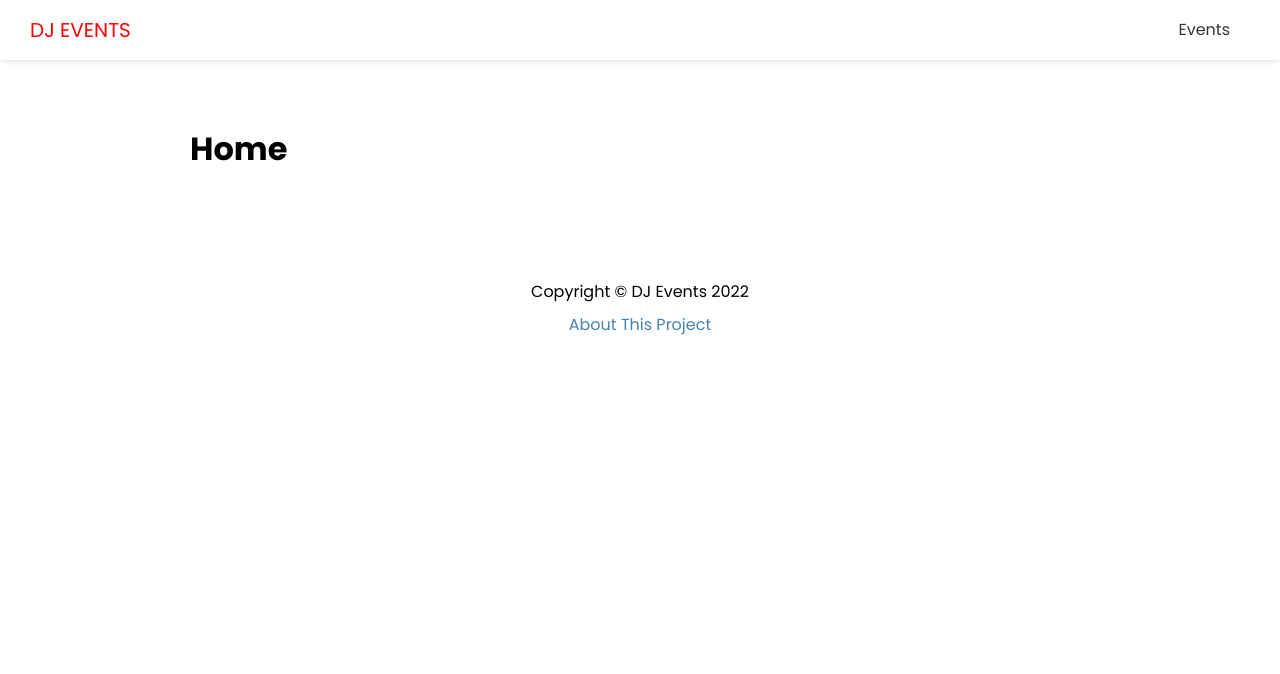
Repository: apolloproductionsdj/dj-events-frontend
Page: /
These files come from the project's save history. The page is drawn as it stood at one moment and after the next save; the edit follows.
The browser window is 1280 px wide. The pictures show the whole page.
The project was rebuilt for these pictures with package versions that can differ from the ones it lists, and the page was loaded fresh each time. The framework's server and built-in components were replaced by stand-ins that run in the browser. Also part of the build but not shown: next.config.js.

Above is the page before, as saved 2022-03-22 10:39:59.

### pages/index.js
import Layout from "@/components/Layout";

export default function HomePage() {
  return (
    <Layout>
      <h1>Home</h1>
    </Layout>
  );
}

### components/Layout.js
import Head from "next/head";
import styles from "@/styles/Layout.module.css";
import Footer from "./Footer";
import Showcase from "./Showcase";

import Header from "./Header";

export default function Layout({ title, keywords, description, children }) {
  return (
    <div>
      <Head>
        <title>{title}</title>
        <meta name="description" content={description} />
        <meta name="keywords" content={keywords} />
      </Head>
      <Header />

      <div className={styles.container}>{children}</div>

      <Footer />
    </div>
  );
}

Layout.defaultProps = {
  title: "DJ Events | Find the hottest parties",
  description: "Find the latest DJ and other musical events",
  keywords: "music, dj, edm",
};

### components/Footer.js
import Link from "next/link";
import styles from "@/styles/Footer.module.css";

export default function Footer() {
  return (
    <footer className={styles.footer}>
      <p>Copyright &copy; DJ Events 2022</p>
      <p>
        <Link href="/about">About This Project</Link>
      </p>
    </footer>
  );
}

### components/Header.js
import Link from "next/link";
import styles from "@/styles/Header.module.css";

export default function Header() {
  return (
    <header className={styles.header}>
      <div className={styles.logo}>
        <Link href="/">
          <a>DJ Events</a>
        </Link>
      </div>

      <nav>
        <ul>
          <li>
            <Link href="/events">
              <a>Events</a>
            </Link>
          </li>
        </ul>
      </nav>
    </header>
  );
}

### styles/Header.module.css
.header {
  display: flex;
  justify-content: space-between;
  align-items: center;
  background: #fff;
  color: #333;
  height: 60px;
  padding: 0 30px;
  box-shadow: 0 2px 5px rgba(0, 0, 0, 0.1);
}

.header a {
  color: #333;
  margin-right: 20px;
}

.header a:hover {
  color: #000;
}
.header ul {
  display: flex;
  align-items: center;
  justify-content: center;
  list-style: none;
}

.logo {
  color: red;
  font-size: 20px;
  text-transform: uppercase;
}

.logo a {
  color: red;
}

@media (max-width: 768px) {
  .header {
    flex-direction: column;
    height: auto;
  }

  .header ul {
    margin: 20px 0;
    flex-direction: column;
    text-align: center;
  }

  .header a {
    margin-right: 0;
  }

  .logo {
    margin: 20px 0;
  }
}

### components/Showcase.js
import styles from "@/styles/Showcase.module.css";

export default function Showcase() {
  return (
    <div className={styles.showcase}>
      <h1>Welcome To The Party!</h1>
      <h2>Find the Hottest DJ Events</h2>
    </div>
  );
}

Loaded but not shown: pages/_app.js (common file); styles/globals.css (common file); styles/Layout.module.css (common file); styles/Footer.module.css (common file); styles/Showcase.module.css (common file)

After the next save:
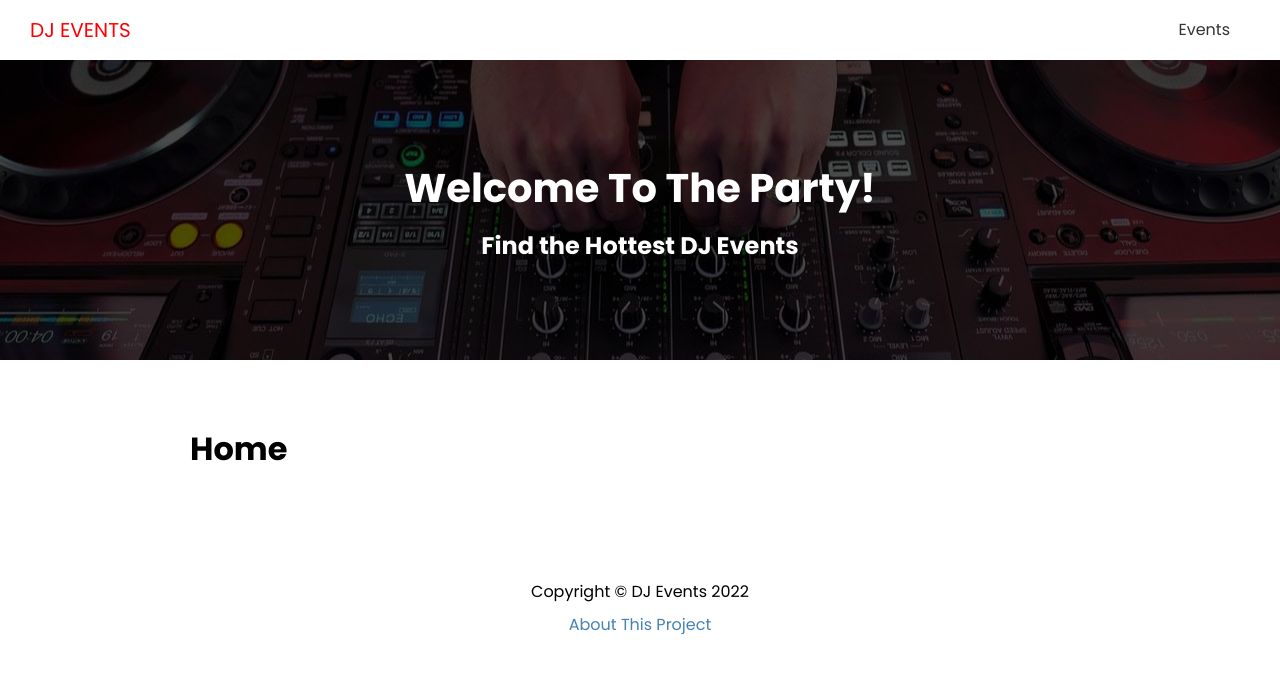
Saved 14 s later.
--- a/components/Layout.js
+++ b/components/Layout.js
@@ -15,6 +15,8 @@
       </Head>
       <Header />
 
+      <Showcase />
+
       <div className={styles.container}>{children}</div>
 
       <Footer />

After the 3 saves that followed:
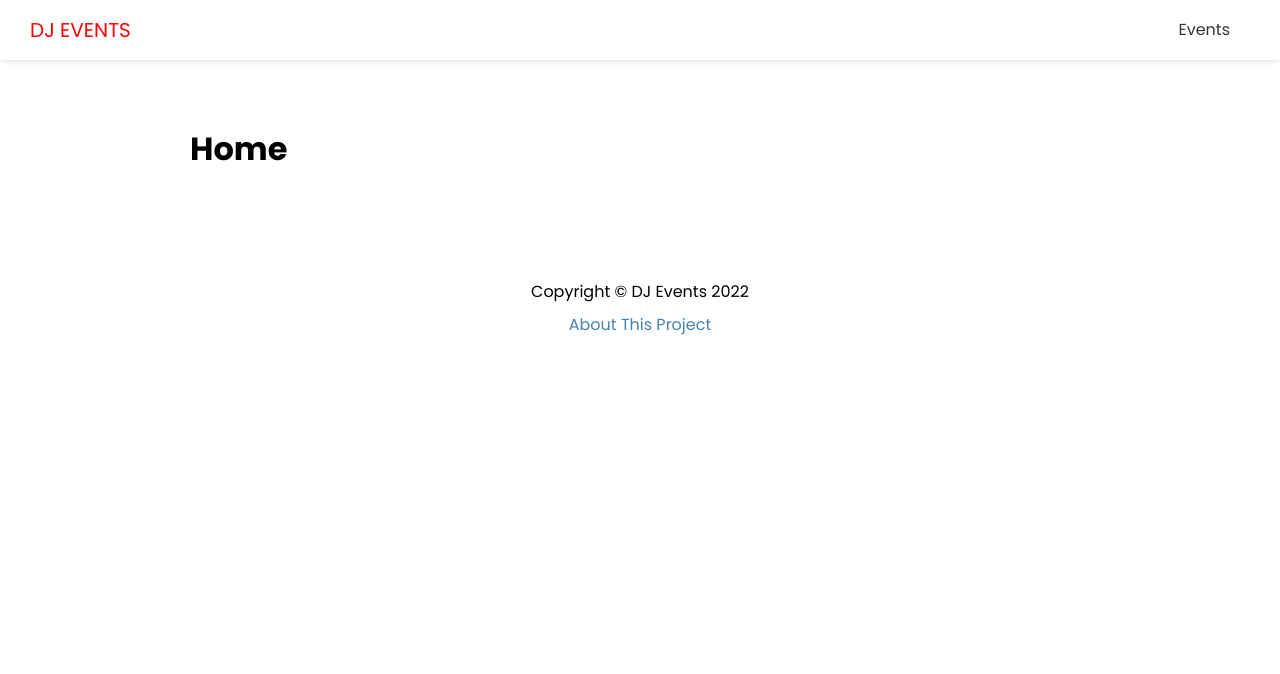
The 3 saves are shown as one change because 2 left the picture as it was.
The last was saved 2 min 24 s later.
--- a/components/Layout.js
+++ b/components/Layout.js
@@ -2,10 +2,12 @@
 import styles from "@/styles/Layout.module.css";
 import Footer from "./Footer";
 import Showcase from "./Showcase";
-
+import { useRouter } from "next/router";
 import Header from "./Header";
 
 export default function Layout({ title, keywords, description, children }) {
+  const router = useRouter;
+
   return (
     <div>
       <Head>
@@ -15,7 +17,7 @@
       </Head>
       <Header />
 
-      <Showcase />
+      {router.pathname === "/" && <Showcase />}
 
       <div className={styles.container}>{children}</div>
 
